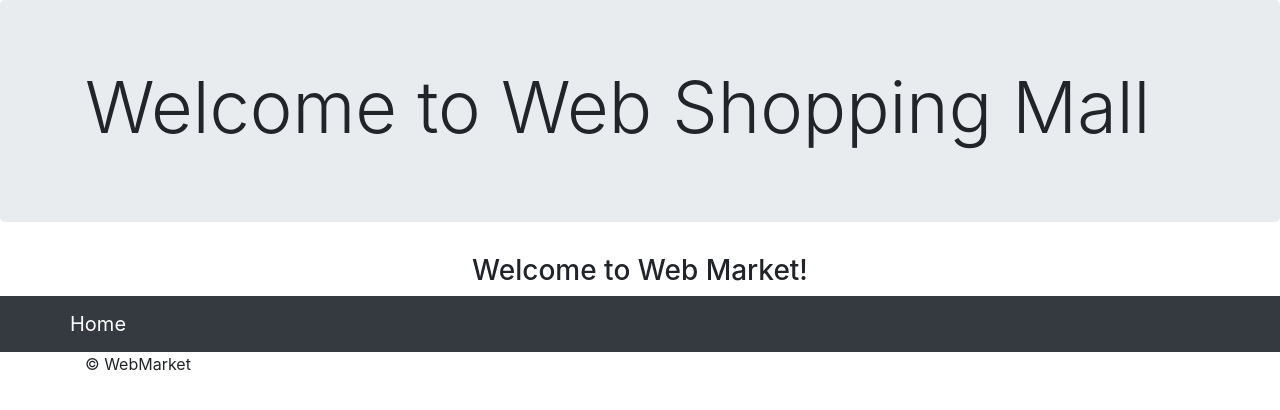
Repository: ifpi98/java_e
Page: http://localhost/jspproject/welcome.jsp
An editor plug-in stored every save of this project. The page is shown before and after the next save, followed by the edit.
The browser window is 1280 px wide. The pictures show the whole page.
The page is served by Tomcat 9.

Above is the page before, as saved 2023-07-06 02:55:45.

After the next save:
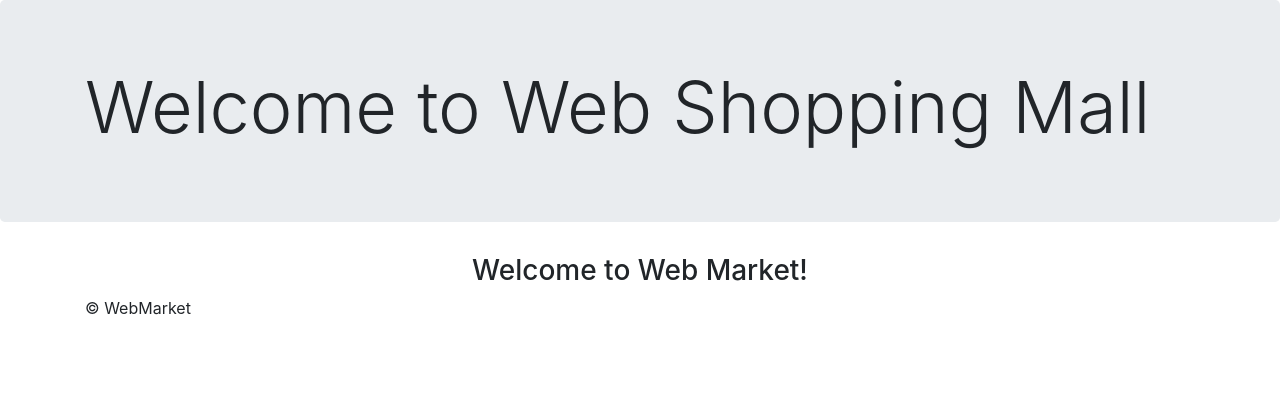
Saved 2 min 46 s later.
--- a/jspproject/src/main/webapp/welcome.jsp
+++ b/jspproject/src/main/webapp/welcome.jsp
@@ -32,13 +32,13 @@
 		</div>
 	</main>
 
-	<nav class = "navbar navbar-expand navbar-dark bg-dark">
+	<!-- <nav class = "navbar navbar-expand navbar-dark bg-dark">
 		<div class = "container">
 			<div class = "navbar-header">
 				<a class = "navbar-brand" href="./welcome.jsp">Home</a>
 			</div>
 		</div>
-	</nav>
+	</nav> -->
 
 	<footer class= "container">
 		<p>&copy; WebMarket</p>
